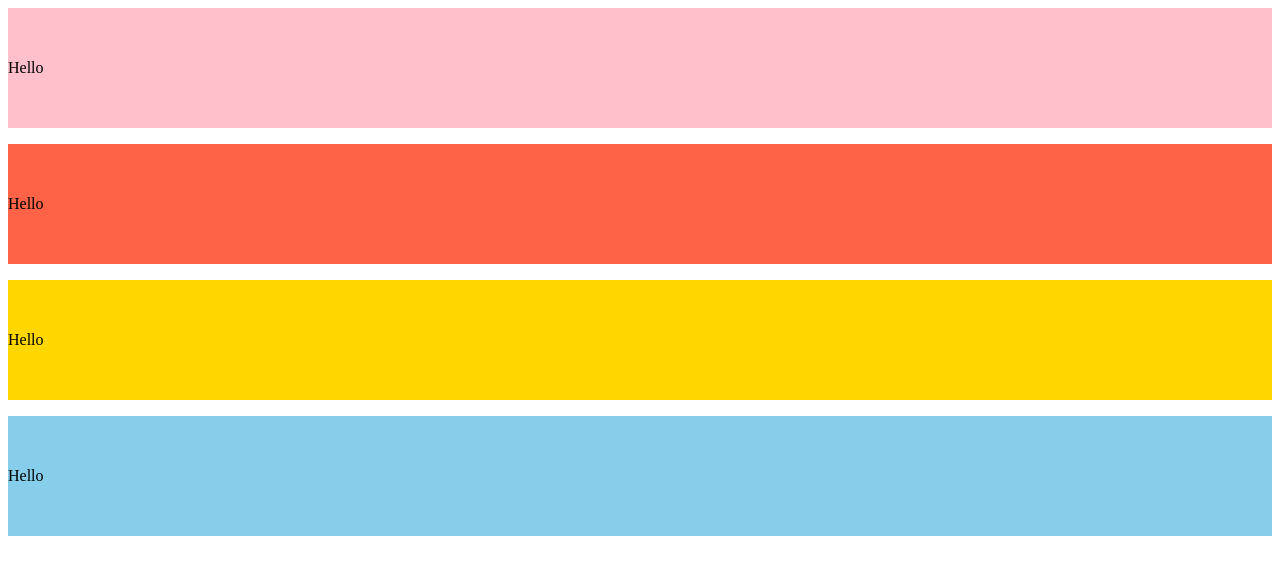
Repository: minoto9/vue_tutorial
Page: 1.html
These files come from the project's save history. The page is drawn as it stood at one moment and after the next save; the edit follows.
The browser window is 1280 px wide. The pictures show the whole page.

Above is the page before, as saved 2019-07-10 17:50:23.

### 1.html
<header>
    <link rel="stylesheet" type="text/css" href="1.css">
</header>

<div class="pink">
    <p>
        Hello
    </p>
</div>

<div class="tomato">
    <p>
        Hello
    </p>
</div>

<div class="gold">
    <p>
        Hello
    </p>
</div>

<div class="skyblue">
    <p>
        Hello
    </p>
</div>

### 1.css
div {
    margin-bottom: 15px;
    line-height:120px;
}

p {

}

.pink {
    background-color: pink;
}

.tomato {
    background-color: tomato;
}

.gold {
    background-color: gold;
}

.skyblue {
    background-color: skyblue;
}

After the next save:
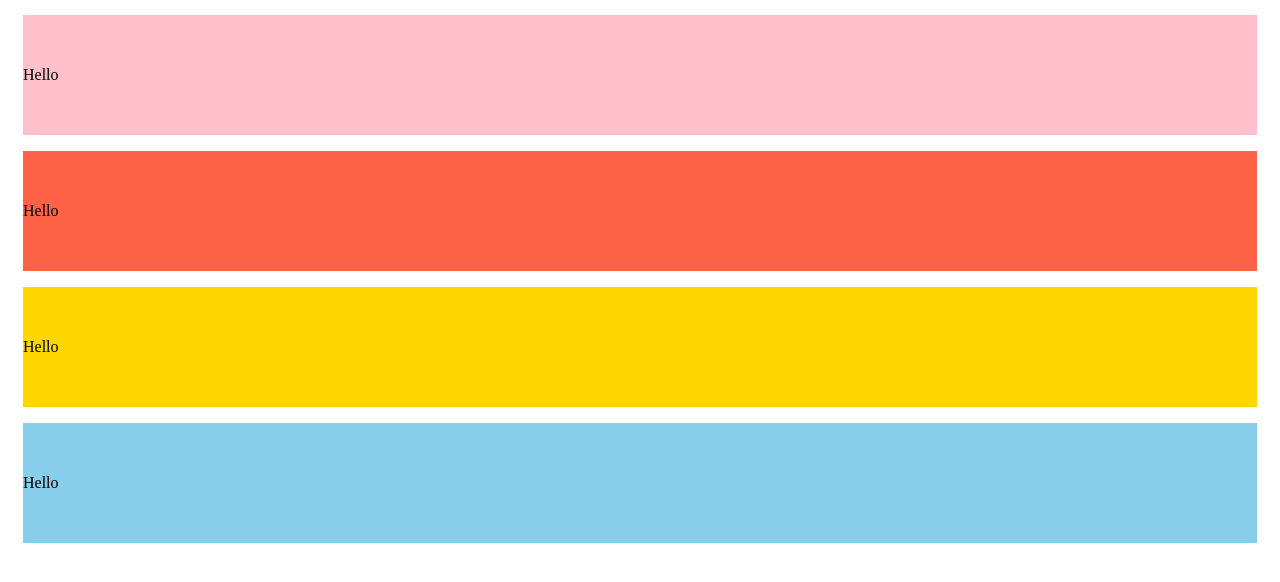
Saved 52 s later.
--- a/1.css
+++ b/1.css
@@ -1,5 +1,5 @@
 div {
-    margin-bottom: 15px;
+    margin: 15px;
     line-height:120px;
 }
 

After the save that followed:
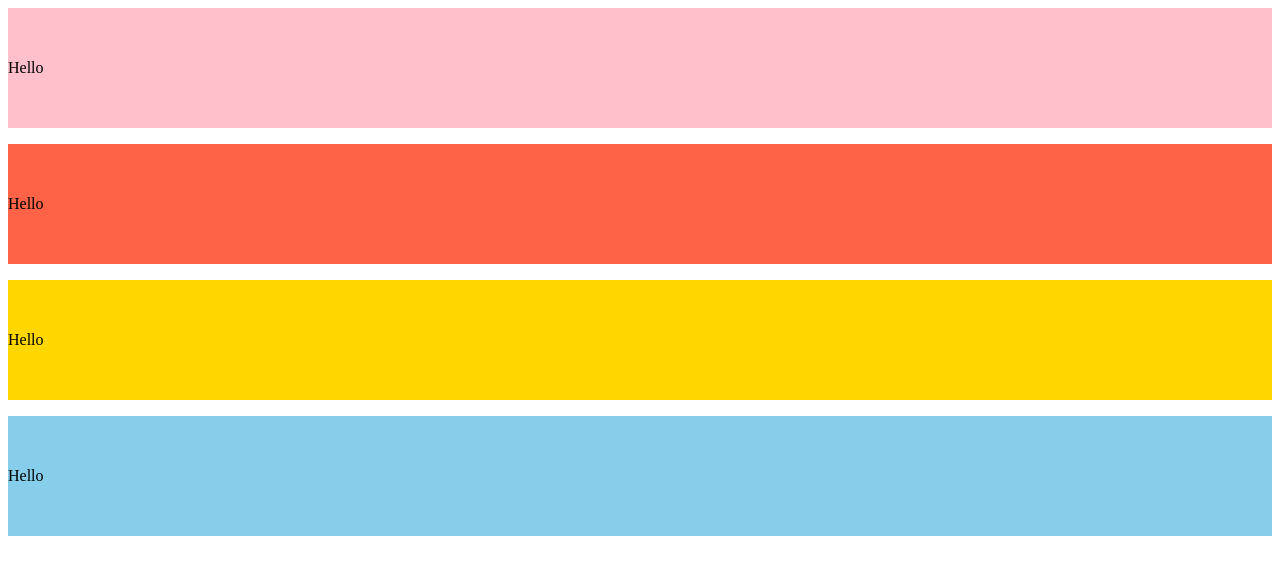
Saved 5 s later.
--- a/1.css
+++ b/1.css
@@ -1,5 +1,4 @@
 div {
-    margin: 15px;
     line-height:120px;
 }
 
